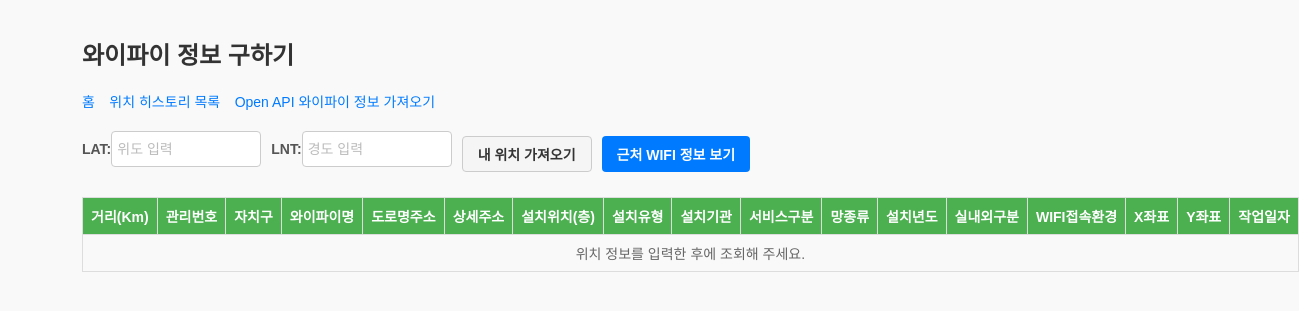
Repository: sangpyolee0/zerobase_task
Page: http://localhost/WifiProject/
These files come from the project's save history. The page is drawn as it stood at one moment and after the next save; the edit follows.
The browser window is 1280 px wide. The page is 1299 px wide, so the pictures cover 1299 px, including what lies to the right of the window. The pictures show the whole page.
The page is served by Tomcat 9. Other server files are loaded and not shown.

Above is the page before, as saved 2024-12-08 16:34:38.

### WifiProject/src/main/webapp/index.jsp
<%@ page language="java" contentType="text/html; charset=UTF-8" pageEncoding="UTF-8"%>
<!DOCTYPE html>
<html>
<head>
    <title>와이파이 정보 구하기</title>
    <link rel="stylesheet" type="text/css" href="css/style.css">
    <link rel="stylesheet" type="text/css" href="css/index.css">
</head>
<body>
    <div class="container">
        <h1>와이파이 정보 구하기</h1>
        <nav>
            <a href="index.jsp">홈</a>
            <a href="history.jsp">위치 히스토리 목록</a>
            <a href="add-wifi.jsp">Open API 와이파이 정보 가져오기</a>
        </nav>
        <form action="nearby-wifi.jsp" method="get">
            <label>LAT: <input type="text" name="lat" placeholder="위도 입력"></label>
            <label>LNT: <input type="text" name="lnt" placeholder="경도 입력"></label>
            <button type="button">내 위치 가져오기</button>
            <button type="submit">근처 WIFI 정보 보기</button>
        </form>
        <table>
            <thead>
                <tr>
                    <th>거리(Km)</th>
                    <th>관리번호</th>
                    <th>자치구</th>
                    <th>와이파이명</th>
                    <th>도로명주소</th>
                    <th>상세주소</th>
                    <th>설치위치(층)</th>
                    <th>설치유형</th>
                    <th>설치기관</th>
                    <th>서비스구분</th>
                    <th>망종류</th>
                    <th>설치년도</th>
                    <th>실내외구분</th>
                    <th>WIFI접속환경</th>
                    <th>X좌표</th>
                    <th>Y좌표</th>
                    <th>작업일자</th>
                </tr>
            </thead>
            <tbody>
                <tr>
                    <td colspan="17" class="message">위치 정보를 입력한 후에 조회해 주세요.</td>
                </tr>
            </tbody>
        </table>
    </div>
</body>
</html>

### WifiProject/src/main/webapp/css/style.css
/* style.css */
body {
    font-family: Arial, sans-serif;
    margin: 0;
    padding: 20px;
    background-color: #f9f9f9;
}

h1, h3 {
    color: #333;
}

nav {
    margin-bottom: 20px;
}

nav a {
    text-decoration: none;
    color: #007BFF;
    margin-right: 10px;
}

nav a:hover {
    text-decoration: underline;
}

form label {
    display: block;
    margin-bottom: 10px;
}

button {
    background-color: #007BFF;
    color: white;
    border: none;
    padding: 10px 15px;
    cursor: pointer;
    border-radius: 5px;
}

button:hover {
    background-color: #0056b3;
}

table {
    width: 100%;
    border-collapse: collapse;
    margin-top: 20px;
}

table th, table td {
    border: 1px solid #ddd;
    padding: 8px;
    text-align: left;
}

table th {
    background-color: #f2f2f2;
}

### WifiProject/src/main/webapp/css/index.css
/* index.css: 입력 필드와 버튼 정렬 및 간격 조정 */
body {
    font-family: Arial, sans-serif;
    margin: 0;
    padding: 20px;
    background-color: #f9f9f9;
}

.container {
    width: 90%;
    max-width: 1200px;
    margin: 0 auto;
}

h1 {
    font-size: 24px;
    color: #333;
    margin-bottom: 20px;
}

nav {
    margin-bottom: 20px;
}

nav a {
    text-decoration: none;
    color: #007BFF;
    margin-right: 10px;
    font-size: 14px;
}

nav a:hover {
    text-decoration: underline;
}

form {
    margin-bottom: 20px;
    display: flex;
    flex-wrap: wrap; /* 필요하면 줄바꿈 허용 */
    align-items: center;
    gap: 10px; /* 입력 필드와 버튼 간 간격 */
}

form label {
    font-size: 14px;
    color: #555;
    font-weight: bold;
    display: flex;
    align-items: center; /* 텍스트와 입력 필드 정렬 */
}

form input {
    padding: 5px;
    font-size: 14px;
    border: 1px solid #ccc;
    border-radius: 4px;
    width: 150px;
    height: 36px; /* 버튼과 동일한 높이로 설정 */
    box-sizing: border-box; /* 패딩 포함 */
}

form input::placeholder {
    color: #bbb;
}

form button {
    border: 1px solid #ccc;
    padding: 0 15px;
    font-size: 14px;
    border-radius: 4px;
    cursor: pointer;
    height: 36px; /* 입력 필드와 동일한 높이 */
    display: flex;
    align-items: center;
    justify-content: center;
    font-weight: bold;
    background-color: #f5f5f5; /* 기본 회색 버튼 */
    color: #333;
}

form button:hover {
    background-color: #e0e0e0; /* 회색 버튼 호버 */
}

form button:last-of-type {
    background-color: #007BFF; /* 마지막 버튼은 파란색 */
    color: #fff;
    border: none;
}

form button:last-of-type:hover {
    background-color: #0056b3;
}


table {
    width: 100%;
    border-collapse: collapse;
    margin-top: 20px;
}

/* index.css: 테이블 텍스트 줄 바꿈 방지 및 너비 조정 */
table th, table td {
    border: 1px solid #ddd;
    padding: 8px;
    text-align: center;
    font-size: 14px;
    white-space: nowrap; /* 텍스트 줄 바꿈 방지 */
}

table th {
    background-color: #4CAF50;
    color: white;
    font-weight: bold;
}

table td {
    max-width: 200px; /* 셀의 최대 너비를 제한 */
    overflow: hidden;
    text-overflow: ellipsis; /* 텍스트가 너무 길 경우 말줄임표 표시 */
}

table tr:nth-child(even) {
    background-color: #f2f2f2;
}

table tr:hover {
    background-color: #ddd;
}


.message {
    font-size: 14px;
    color: #666;
    text-align: center;
    margin-top: 20px;
}

After the next save:
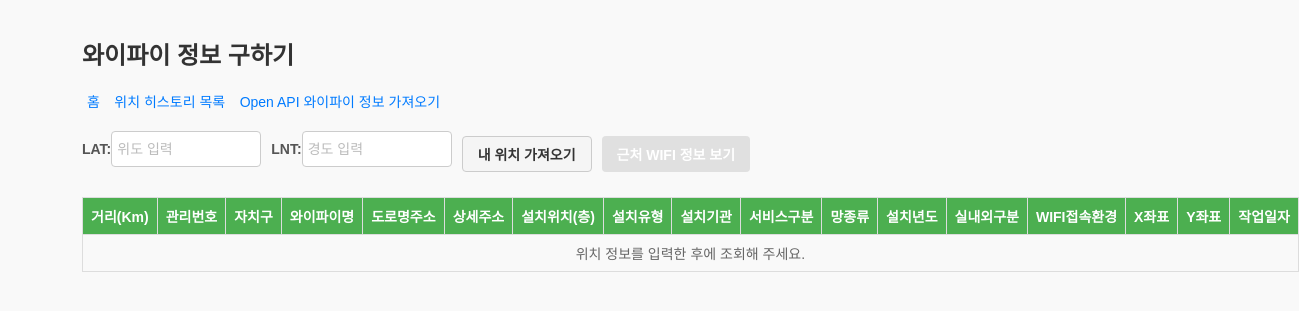
Saved 4 min 56 s later.
--- a/WifiProject/src/main/webapp/css/index.css
+++ b/WifiProject/src/main/webapp/css/index.css
@@ -1,4 +1,4 @@
-/* index.css: 입력 필드와 버튼 정렬 및 간격 조정 */
+/* index.css: 입력 필드, 버튼 정렬 및 네비게이션 스타일 */
 body {
     font-family: Arial, sans-serif;
     margin: 0;
@@ -25,8 +25,13 @@ nav {
 nav a {
     text-decoration: none;
     color: #007BFF;
-    margin-right: 10px;
+    margin: 0 5px; /* 링크 간 간격 조정 */
     font-size: 14px;
+}
+
+nav span {
+    color: #999; /* 구분자(|) 색상 */
+    margin: 0 5px;
 }
 
 nav a:hover {
@@ -36,8 +41,7 @@ nav a:hover {
 form {
     margin-bottom: 20px;
     display: flex;
-    flex-wrap: wrap; /* 필요하면 줄바꿈 허용 */
-    align-items: center;
+    align-items: center; /* 입력 필드와 버튼 높이 정렬 */
     gap: 10px; /* 입력 필드와 버튼 간 간격 */
 }
 
@@ -55,7 +59,7 @@ form input {
     border: 1px solid #ccc;
     border-radius: 4px;
     width: 150px;
-    height: 36px; /* 버튼과 동일한 높이로 설정 */
+    height: 36px; /* 버튼과 동일한 높이 */
     box-sizing: border-box; /* 패딩 포함 */
 }
 
@@ -64,6 +68,8 @@ form input::placeholder {
 }
 
 form button {
+    background-color: #f5f5f5; /* 회색 배경 */
+    color: #333;
     border: 1px solid #ccc;
     padding: 0 15px;
     font-size: 14px;
@@ -74,16 +80,15 @@ form button {
     align-items: center;
     justify-content: center;
     font-weight: bold;
-    background-color: #f5f5f5; /* 기본 회색 버튼 */
-    color: #333;
 }
 
 form button:hover {
-    background-color: #e0e0e0; /* 회색 버튼 호버 */
+    background-color: #e0e0e0; /* 버튼 호버 시 약간 어두운 회색 */
 }
 
+
 form button:last-of-type {
-    background-color: #007BFF; /* 마지막 버튼은 파란색 */
+    background-color: #e0e0e0; /* 마지막 버튼은 파란색 */
     color: #fff;
     border: none;
 }
